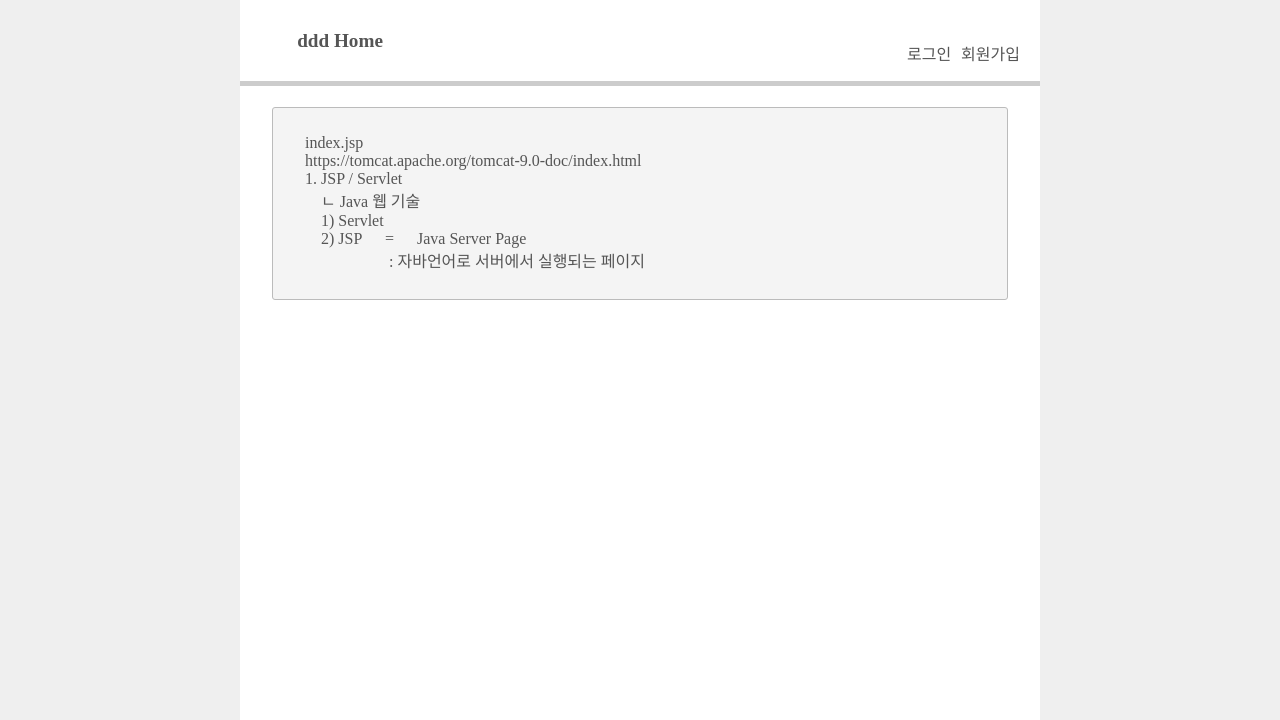
Repository: Deneb0000/JSP
Page: http://localhost/jspPro/index.jsp
An editor plug-in stored every save of this project. The page is shown before and after the next save, followed by the edit.
The browser window is 1280 px wide. The pictures show the whole page.
Some web fonts or font styles are not loaded; a fallback is used. The page is served by Tomcat 9. Other server files are loaded and not shown.

Above is the page before, as saved 2024-10-15 01:35:00.

### jspPro/src/main/webapp/index.jsp
<%@ page contentType="text/html; charset=EUC-KR" pageEncoding="EUC-KR"%>
<!DOCTYPE html>
<html>
<head>
<meta charset="EUC-KR">
<title>Insert title here</title>
<link rel="shortcut icon" type="image/x-icon" href="http://localhost/jspPro/images/SiSt.ico">
<script src="https://ajax.googleapis.com/ajax/libs/jquery/3.7.1/jquery.min.js"></script>
<meta name="viewport" content="width=device-width, initial-scale=1.0">
<meta name="google" content="notranslate">
<link rel="stylesheet" href="http://localhost/jspPro/resources/cdn-main/example.css">
<script src="http://localhost/jspPro/resources/cdn-main/example.js"></script>
<style>
 span.material-symbols-outlined{
    vertical-align: text-bottom;
 }
</style>
</head>
<body>
<header>
  <h1 class="main"><a href="#" style="position: absolute;top:30px;">ddd Home</a></h1>
  <ul>
    <li><a href="#">로그인</a></li>
    <li><a href="#">회원가입</a></li>
  </ul>
</header>
<div>
  <xmp class="code">
    index.jsp
    https://tomcat.apache.org/tomcat-9.0-doc/index.html
    1. JSP / Servlet
    	ㄴ Java 웹 기술
    	1) Servlet
    	2) JSP	=	Java Server Page
    			 : 자바언어로 서버에서 실행되는 페이지
  </xmp>
</div>
</body>
</html>

### jspPro/src/main/webapp/resources/cdn-main/example.css
@charset "UTF-8";

@import url('https://fonts.googleapis.com/css2?family=Material+Symbols+Outlined:opsz,wght,FILL,GRAD@20..48,100..700,0..1,-50..200');

@font-face {
    font-family: 'GmarketSansMedium';
    src: url('https://cdn.jsdelivr.net/gh/projectnoonnu/noonfonts_2001@1.1/GmarketSansMedium.woff') format('woff');
    font-weight: normal;
    font-style: normal;
}

:root {
	--text-color: #555;
	--sub-text-color: #777;
	--back-color: #EFEFEF;
	--header-color: #444;
	--primary-color: #DEDEDE;
	--secondary-color: #EFEFEF;
	--default-width: 800px;
	--narrow-width: 500px;
	--wide-width: 1200px;
	--text-font: 'GmarketSansMedium';
	--icon-font: 'Material Symbols Outlined';
	--border-color: #CCC;
}

html, body {
	margin: 0;
	padding: 0;
}

html {
	background-color: var(--back-color);
	display: flex;
	justify-content: center;
	min-height: 100vh;
}

body, body.default {
	width: var(--default-width);
	background-color: white;
	padding-bottom: 120px;
}

body.wide {
	width: var(--wide-width);
}

body.narrow {
	width: var(--narrow-width);
}



body, p, div, span, a, input, select, option, textarea, button, table, th, td, label, fieldset, legend {
	font-family: var(--text-font);
	color: var(--text-color);
}

h1, h2, h3 {
	font-family: var(--text-font);
	color: var(--header-color);
	padding: 0 1rem;
	padding-top: .5rem;
}

div > h1, div > h2, div > h3 {
	padding: 0;
}

body > div, body > main > div {
	padding: 0.3rem 1rem;
}


h1 { font-size: 2rem; border-bottom: 1px solid var(--border-color); }
h1 small { font-size: 1.2rem; color: var(--sub-text-color); }
h2 { font-size: 1.5rem; border-bottom: 1px dashed var(--border-color); }
h2 small { font-size: 1.1rem; color: --sub-text-color; }
h3 { font-size: 1.2rem; }
h3 small { font-size: 1rem; color: --sub-text-color; }



h1.main::before {
	font-family: var(--icon-font);
  	content: '\e666';
  	margin-right: 10px;
  	float: left;
	font-size: 2.5rem;
}

h1.sub::before {
	font-family: var(--icon-font);
  	content: '\ea19';
  	margin-right: 10px;
  	float: left;
	font-size: 2.5rem;
}


h1.page::before {
	font-family: var(--icon-font);
  	content: '\e0e0';
  	margin-right: 10px;
  	float: left;
	font-size: 2.5rem;
}

body > header > ul > li > .active{
	background-color: #FFF;
	color:#F00;
}

body > header {
	display: flex;
	justify-content: space-between;
	border-bottom: 5px solid var(--border-color);
	min-height: 74px;
	background-color: #FFF;
}

body > header.sticky {
	position: sticky;
	top: 0;
	z-index: 98;
}

body > header > h1 {
	font-size: 1.2rem;
	border: 0;
}

body > header.in > h1::before {
	font-family: var(--icon-font);
  	content: '\e332‥';
  	margin-right: 3px;
  	float: left;
	font-size: 2rem;
}


body > header > ul {
	list-style-type: none;
	display: flex;
	align-items: flex-end;
	margin-right: 10px;
}

body > header > ul > li {
	margin-right: 10px;
	cursor: pointer;
}

body > header > ul > li > a {
	cursor: pointer;
}


form {
	display: block;
}

form > div {
	padding: 0.3rem 1rem;
}

div > form > div {
	padding: 0.3rem 0;
}

input, textarea, button, select {
	border: 1px solid #BBB;
	border-radius: 3px;
	outline: none;
	resize: none;
	padding: 7px;
	margin: 0;
}

input[type=text]:read-only, textarea:read-only {
	cursor: not-allowed;
	background-color: #FFF;
}

input[type=text]:disabled, textarea:disabled {
	cursor: not-allowed;
	background-color: #EEE;
}

input[type=text], input[type=password], textarea, button, select {
	/* width: 300px; */
}

textarea {
	display: block;
	height: 100px;
}

input[type=button], input[type=submit], button {
	/* width: inherit; */
}

input.short, textarea.short, button.short, select.short {
	width: 100px;
}

input.long, textarea.long, button.long, select.long {
	width: 350px;
}

.narrow input.long, .narrow textarea.long, .narrow button.long, .narrow select.long {
	width: calc(100% - 20px);
}

input.full, textarea.full, button.full, select.full {
	width: calc(100% - 20px);
}

textarea.short {
	height: 50px;
}

textarea.long {
	height: 100px;
}

textarea.full {
	height: 200px;
}

input, textarea {
	padding-top: 8px;
}

input[type=button], input[type=submit], button {
	padding: 5px 10px;
	background-color: var(--secondary-color);
	cursor: pointer;
	min-height: 36px;
}

input[type=button].primary, input[type=submit].primary, button.primary {
	/* background-color: rgba(100, 149, 237, .2); */
	background-color: var(--primary-color);
}

input[type=button].primary:hover, input[type=submit].primary:hover, button.primary:hover {
	/* background-color: rgba(100, 149, 237, .3); */
	background-color: var(--secondary-color);
}

input[type=button]:hover, input[type=submit]:hover, button:hover {
	background-color: var(--primary-color);
}

button {
	position: relative;
	left: 0;
	top: 0;
	padding-left: 35px;
}

button .material-symbols-outlined {
	position: absolute;
	left: 10px;
	top: 4px;
}

/* k2nik add */
button.login::before {
	font-family: var(--icon-font);
  	content: '\ea77';
	position: absolute;
	left: 11px;
	top: 4px;
	font-size: 1.25rem;
}

/* k2nik logout */
button.logout::before {
	font-family: var(--icon-font);
  	content: '\e9ba';
	position: absolute;
	left: 11px;
	top: 4px;
	font-size: 1.25rem;
}

/* k2nik help */
button.help::before {
	font-family: var(--icon-font);
  	content: '\f1c0';
	position: absolute;
	left: 11px;
	top: 4px;
	font-size: 1.25rem;
}

button.add::before{
	font-family: var(--icon-font);
  	content: '\e746';
	position: absolute;
	left: 11px;
	top: 4px;
	font-size: 1.25rem;
}

button.back::before {
	font-family: var(--icon-font);
  	content: '\e166';
	position: absolute;
	left: 11px;
	top: 4px;
	font-size: 1.25rem;
}

button.list::before {
	font-family: var(--icon-font);
  	content: '\e0ee';
	position: absolute;
	left: 11px;
	top: 4px;
	font-size: 1.25rem;
}


button.del::before {
	font-family: var(--icon-font);
  	content: '\e872';
	position: absolute;
	left: 11px;
	top: 4px;
	font-size: 1.25rem;
}


button.edit::before {
	font-family: var(--icon-font);
  	content: '\e745';
	position: absolute;
	left: 11px;
	top: 4px;
	font-size: 1.25rem;
}


button.login::before {
	font-family: var(--icon-font);
  	content: '\ea77';
	position: absolute;
	left: 11px;
	top: 4px;
	font-size: 1.25rem;
}


button.logout::before {
	font-family: var(--icon-font);
  	content: '\e9ba';
	position: absolute;
	left: 11px;
	top: 4px;
	font-size: 1.25rem;
}


button.in::before {
	font-family: var(--icon-font);
  	content: '\f71a';
	position: absolute;
	left: 11px;
	top: 4px;
	font-size: 1.25rem;
}


button.out::before {
	font-family: var(--icon-font);
  	content: '\f70e';
	position: absolute;
	left: 11px;
	top: 4px;
	font-size: 1.25rem;
}


button.reply::before {
	font-family: var(--icon-font);
  	content: '\e15e';
	position: absolute;
	left: 11px;
	top: 4px;
	font-size: 1.25rem;
}


button.comment::before {
	font-family: var(--icon-font);
  	content: '\e0b9';
	position: absolute;
	left: 11px;
	top: 4px;
	font-size: 1.25rem;
}


button.modal::before {
	font-family: var(--icon-font);
  	content: '\e89e';
	position: absolute;
	left: 11px;
	top: 4px;
	font-size: 1.25rem;
}


button.ok::before {
	font-family: var(--icon-font);
  	content: '\e86c';
	position: absolute;
	left: 11px;
	top: 4px;
	font-size: 1.25rem;
}


button.cancel::before {
	font-family: var(--icon-font);
  	content: '\e5c9';
	position: absolute;
	left: 11px;
	top: 4px;
	font-size: 1.25rem;
}

button.search::before {
	font-family: var(--icon-font);
  	content: '\e8b6';
	position: absolute;
	left: 11px;
	top: 4px;
	font-size: 1.25rem;
}

button.home::before {
	font-family: var(--icon-font);
  	content: '\e88a';
	position: absolute;
	left: 11px;
	top: 4px;
	font-size: 1.25rem;
}


button.sidebar::before {
	font-family: var(--icon-font);
  	content: '\f7e4';
	position: absolute;
	left: 11px;
	top: 4px;
	font-size: 1.25rem;
}


button.sidebar-right::before {
	font-family: var(--icon-font);
  	content: '\f7e5';
	position: absolute;
	left: 11px;
	top: 4px;
	font-size: 1.25rem;
}




button::before {
	font-family: var(--icon-font);
  	content: '\e323';
	position: absolute;
	left: 11px;
	top: 4px;
	font-size: 1.25rem;
}


table {
	border-collapse: collapse;
	margin: 1rem;
	box-sizing: border-box;
	width: calc(100% - 32px);
}

table.content {
	width: auto;
}

div > table {
	margin: 0;
}

table th, table td {
	border: 1px solid var(--border-color);
	padding: 7px;
	font-weight: normal;
}

table th {
	background-color: var(--back-color);
}

table.vertical th {
	width: 150px;
}

table.vertical td {
	width: calc(100% - 182px);
	padding-left: 10px;
}

table.content td, table.content th {
	width: auto;
}

body.narrow table.vertical th {
	width: 100px;
}

body.narrow table.vertical td {
	width: calc(100% - 182px);
}


table + table {
	margin-top: 30px;
}


p {
	padding: 0 1rem;
}

a {
	text-decoration: none;
}

a:hover {
	color: rgba(255, 99, 71, .7);
}

hr {
	border: 0;
	border-top: 1px solid var(--border-color);
	margin: 2rem 0;
}

.message {
	border: 1px solid var(--border-color);
	background-color: #EFEFEF;
	margin: 1rem;
	width: auto;
	padding-top: 10px;
	padding-bottom: 10px;
	font-size: 14px;
}

.message[title]::before {
	content: attr(title);
	display: block;
	border-bottom: 1px solid var(--border-color);
	padding-bottom: 5px;
	margin-bottom: 10px;
	margin-top: 7px;
}

.message.short {
	max-width: 250px;
}

.message.long {
	max-width: 500px;
}

.badge {
	float: right;
	font-size: .8rem;
	margin-top: 2px;
	margin-right: 2px;
	text-shadow: 0 0 7px gray;
}

.badge.left {
	float: none;
	margin-left: 2px;
}

.badge.right {
	float: right;
}

.badge.red {
	border-radius: 50%;
	padding: 2px 5px;
	background-color: rgb(255, 99, 71, .3);
}

.badge.yellow {

	border-radius: 50%;
	padding: 2px 5px;
	background-color: rgb(255, 215, 0, .5);
}

.badge.blue {
	border-radius: 50%;
	padding: 2px 5px;
	background-color: rgb(100, 149, 237, .3);
}

label + label {
	margin-left: 7px;
}

label input[type=checkbox], label input[type=radio] {
	transform: translate(0, 1px);
}

.group {
	display: flex;
}

.modal-content .group {
	margin-bottom: .5rem;
}

.group label {
	border: 1px solid #BBB;
	border-radius: 3px;
	outline: none;
	resize: none;
	padding: 7px 14px;
	margin: 0;
	border-top-right-radius: 0;
	border-bottom-right-radius: 0;
	background-color: #EFEFEF;
	white-space: nowrap;
	font-size: 14px;
}

.group input[type=text] {
	margin-left: -1px;
	border-top-left-radius: 0;
	border-bottom-left-radius: 0;
}

.group select {
	margin-left: -1px;
	border-top-left-radius: 0;
	border-bottom-left-radius: 0;
}

.group input.full[type=text] {
	margin-left: -1px;
	border-top-left-radius: 0;
	border-bottom-left-radius: 0;
	width: 100%;
}

.group input[type=button]:first-child, .group button:first-child {
	border-top-left-radius: 3px;
	border-bottom-left-radius: 3px;
	margin-left: 0px;
}

.group input[type=button], .group button {
	border-radius: 0;
	margin-left: -1px;
}

.group input[type=button]:last-child, .group button:last-child {
	margin-left: -1px;
	border-top-right-radius: 3px;
	border-bottom-right-radius: 3px;
}

.seperate {
	display: flex;
	justify-content: space-between;
}

div.list {
	width: max-content;
	margin: 1rem;
	border: 1px solid #BBB;
	border-radius: 3px;
	padding: 0;
}

div.list.full {
	width: auto;
	display: block;
	margin: 1rem;
	border: 1px solid #BBB;
	border-radius: 3px;
	padding: 0;
}

div.list > div {
	padding: .5rem 1rem;
	margin: 0;
	border-bottom: 1px solid #BBB;
}

div.list > div:last-child {
	border-bottom: 0;
}

pre.code , xmp.code{
	font-family: consols;
	background-color: rgba(150, 150, 150, .1);
	border: 1px solid #BBB;
	border-radius: 3px;
	padding: .5rem 1rem;
	padding-bottom: .6rem;
	margin: 1rem;
}




*[data-modal-window] {
	position: fixed;
	background-color: rgba(0, 0, 0, .3);
	left: 0;
	top: 0;
	display: none;
	justify-content: center;
	align-items: flex-start;
	width: 100%;
	min-height: 100vh;
	z-index: 100;
	opacity: 0;
	transition: 500ms all;
}

*[data-modal-window] .modal-container {
	border-radius: 5px;
	padding: 1rem;
	padding-bottom: .5rem;
	margin-top: -500px;
	opacity: 0;
	width: 500px;
	background-color: #FFF;
	margin-right: 2rem;
	transition: 500ms all;
}

*[data-modal-size=content] .modal-container {
	width: auto;
}

*[data-modal-size=narrow] .modal-container {
	width: 300px;
}

*[data-modal-size=wide] .modal-container {
	width: 760px;
}


*[data-modal-window] .modal-header {
	border-bottom: 1px solid var(--border-color);
	padding: 2px 5px;
}

*[data-modal-window] .modal-content {
	padding: 1rem 5px;
}

*[data-modal-window] .modal-content div:last-child {
	margin-top: 1rem;
	text-align: right;
}



*[data-sidebar-window] {
	position: fixed;
	background-color: #FFF;
	left: 0;
	top: 0;
	display: block;
	width: 300px;
	border-right: 1px solid var(--border-color);
	box-sizing: border-box;
	box-shadow: 0 0 3px var(--back-color);
	min-height: 100vh;
	z-index: 99;
	transform: translate(-300px, 0);
	transition-duration: 500ms;
	transition-property: transform;
}

*[data-sidebar-direction=right] {
	left: auto;
	right: 0;
	transform: translate(300px, 0);
	border-left: 1px solid var(--border-color);
}

*[data-sidebar-size=wide] {
	width: 500px;
	transform: translate(-500px, 0);
}

*[data-sidebar-window] .sidebar-title {
	border-bottom: 1px solid var(--border-color);
	margin-top: 20px;
	margin-bottom: 20px;
	padding-bottom: 5px;
	display: flex;
	justify-content: space-between;
}

*[data-sidebar-window] .sidebar-title span:last-child {
	cursor: pointer;
}


/* K2Nik pagination */
.center {
  text-align: center;
}

.pagination {
  display: inline-block;
}

.pagination a {
  color: black;
  float: left;
  padding: 3px 6px;
  text-decoration: none;
  transition: background-color .3s;
  border: 1px solid #ddd;
  margin: 0 3px;
}

.pagination a.active {
  background-color: #4CAF50;
  color: white;
  border: 1px solid #4CAF50;
}

.pagination a:hover:not(.active) {background-color: #ddd;}

### jspPro/src/main/webapp/resources/cdn-main/example.js

window.onload = () => {

    const list = document.querySelectorAll('input, textarea');

    list.forEach(item => {
        item.setAttribute('autocomplete', 'off');
    });


    const modal_btn_list = document.querySelectorAll('*[data-modal-button]');

    modal_btn_list.forEach(item => {
        item.onclick = function() {

            const name = this.dataset['modalButton'];
            const modal_window = document.querySelector('*[data-modal-window=' + name);

            const container = document.createElement('div');
            container.className = 'modal-container';



            const modal_header = document.createElement('div');
            modal_header.textContent = modal_window.dataset['modalTitle'];
            modal_header.className = 'modal-header';
            container.appendChild(modal_header);

            const modal_content = document.createElement('div');
            modal_content.className = 'modal-content';
            container.appendChild(modal_content);

            Array.from(modal_window.childNodes).forEach(item => {
                modal_content.appendChild(item);
            });

            modal_window.appendChild(container);

            modal_window.style.display = 'flex';

            setTimeout(() => {
                modal_window.style.opacity = 1;
                container.style.marginTop = '20px';
                container.style.opacity = 1;
            }, 50);


            const modal_ok = document.querySelector('*[data-modal-ok=' + name);
            modal_ok.addEventListener('click', function() {
                modal_window.style.opacity = 0;
                container.style.marginTop = '-500px';
                container.style.opacity = 0;

                setTimeout(() => {
                    modal_window.innerHTML = modal_content.innerHTML;
                    modal_window.style.display = 'none';
                }, 500);

            });

            const modal_cancel = document.querySelector('*[data-modal-cancel=' + name);
            modal_cancel.addEventListener('click', function() {

                modal_window.style.opacity = 0;
                container.style.marginTop = '-500px';
                container.style.opacity = 0;

                setTimeout(() => {
                    modal_window.innerHTML = modal_content.innerHTML;
                    modal_window.style.display = 'none';
                }, 500);
            });


        };
    });


    const sidebar_btn_list = document.querySelectorAll('*[data-sidebar-button]');

    sidebar_btn_list.forEach(item => {
        item.onclick = function() {



            const name = this.dataset['sidebarButton'];
            const sidebar_window = document.querySelector('*[data-sidebar-window=' + name);

            if (sidebar_window.style.transform == 'translate(0px, 0px)') return;



            sidebar_window.style.transform = 'translate(0, 0)';

            const sidebar_title = document.createElement('div');
            sidebar_title.className = 'sidebar-title';
            sidebar_title.innerHTML = '<span>' + sidebar_window.dataset['sidebarTitle'] + '</span><span class="material-symbols-outlined">close</span>';

            sidebar_title.children[1].onclick = function() {

                let sign = 1;
                let distance = 300;

                if (sidebar_window.dataset['sidebarDirection'] != 'right') {
                    sign = -1;
                } else {
                    sign = 1;
                }

                if (sidebar_window.dataset['sidebarSize'] != 'wide') {
                    distance = 300;
                } else {
                    distance = 500;
                }

                distance *= sign;

                sidebar_window.style.transform = 'translate(' + distance + 'px, 0)';

                setTimeout(function() {
                    sidebar_window.removeChild(sidebar_window.children[0]);
                }, 500);
            };


            sidebar_window.prepend(sidebar_title);

        }
    });

};

// window.onkeydown = function(event) {

//     if (event.keyCode == 27) {
//         if (document.querySelector('[data-modal-window').style.display == 'flex') {
//             document.querySelector('[data-modal-window').style.display = 'none';
//         }
//     }

// };

After the next save:
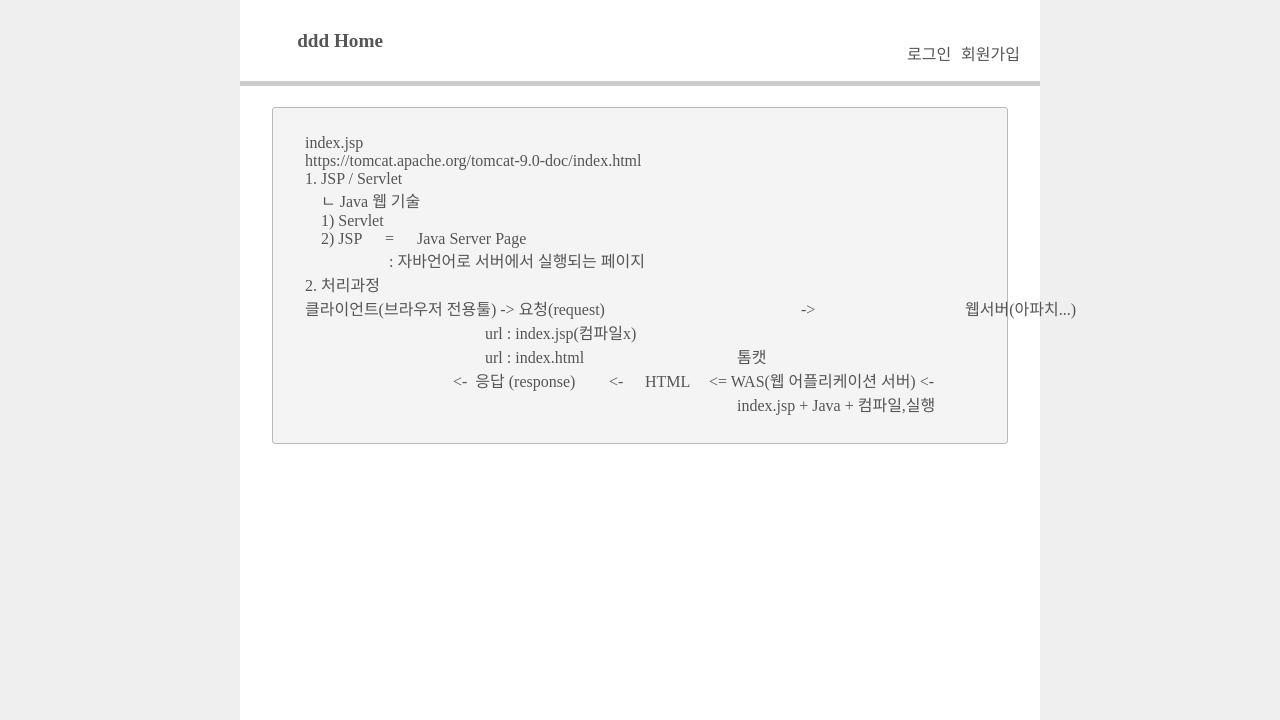
Saved 4 min 51 s later.
--- a/jspPro/src/main/webapp/index.jsp
+++ b/jspPro/src/main/webapp/index.jsp
@@ -33,6 +33,12 @@
     	1) Servlet
     	2) JSP	=	Java Server Page
     			 : 자바언어로 서버에서 실행되는 페이지
+    2. 처리과정
+    클라이언트(브라우저 전용툴) -> 요청(request)	 						->					 웹서버(아파치...)
+    						 url : index.jsp(컴파일x)
+    						 url : index.html			  		톰캣
+    					 <-  응답 (response)	<-	 HTML	 <= WAS(웹 어플리케이션 서버) <-
+    					 									index.jsp + Java + 컴파일,실행
   </xmp>
 </div>
 </body>
